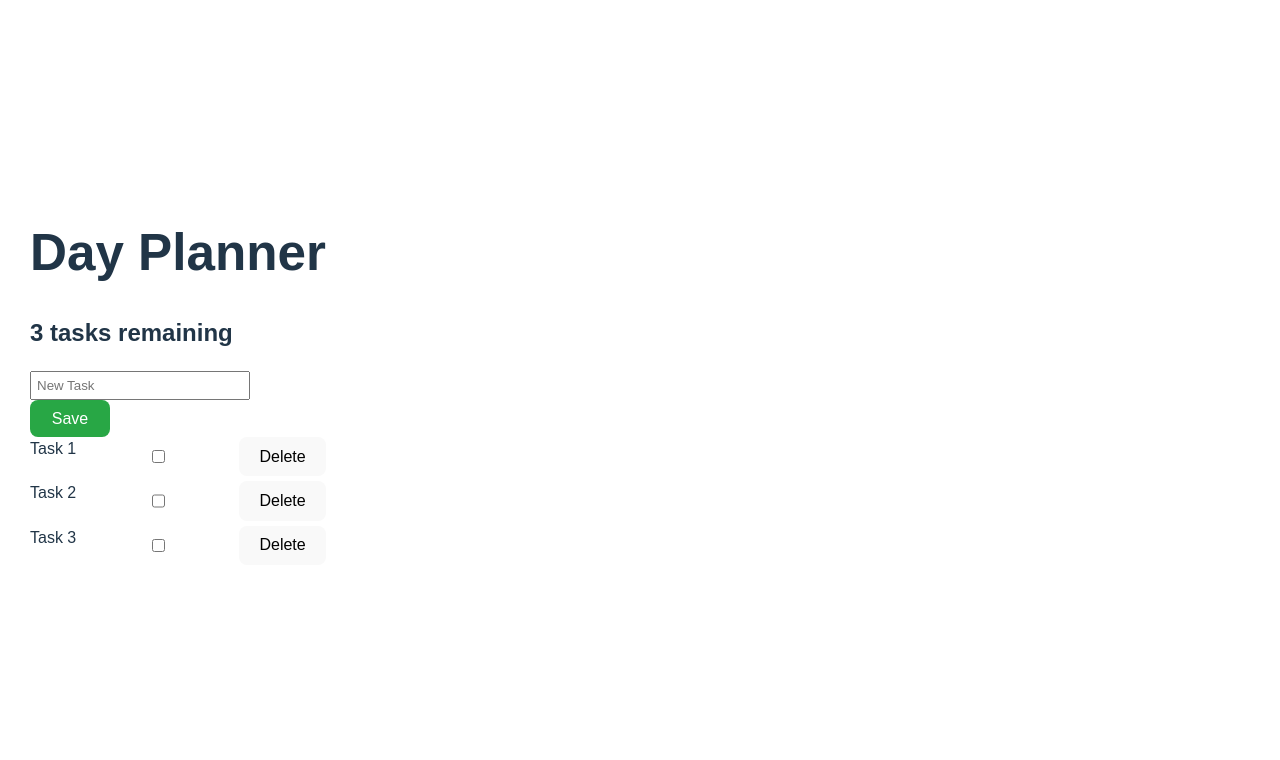
Repository: GavinPahal/lab5
Page: /
These files come from the project's save history. The page is drawn as it stood at one moment and after the next save; the edit follows.
The browser window is 1280 px wide. The pictures show the whole page.
The project was rebuilt for these pictures with package versions that can differ from the ones it lists, and the page was loaded fresh each time. Also part of the build but not shown: vite.config.js.

Above is the page before, as saved 2024-10-11 17:42:52.

After the next save:
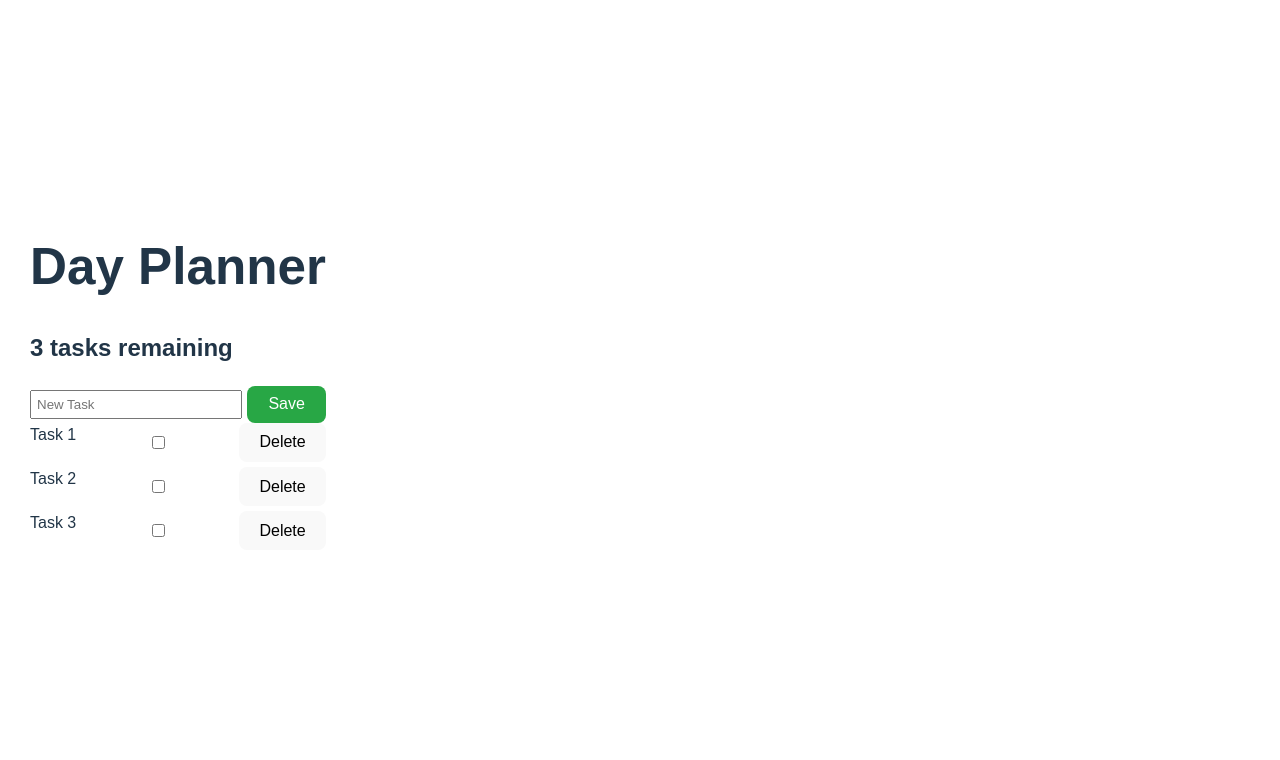
Saved 26 s later.
--- a/components/TaskForm.jsx
+++ b/components/TaskForm.jsx
@@ -13,7 +13,7 @@
   };
 
   return (
-    <form onSubmit={handleSubmit}>
+    <form onSubmit={handleSubmit} style={{ display: 'flex', alignItems: 'center' }}>
       <input
         type="text"
         placeholder="New Task"

After the save that followed:
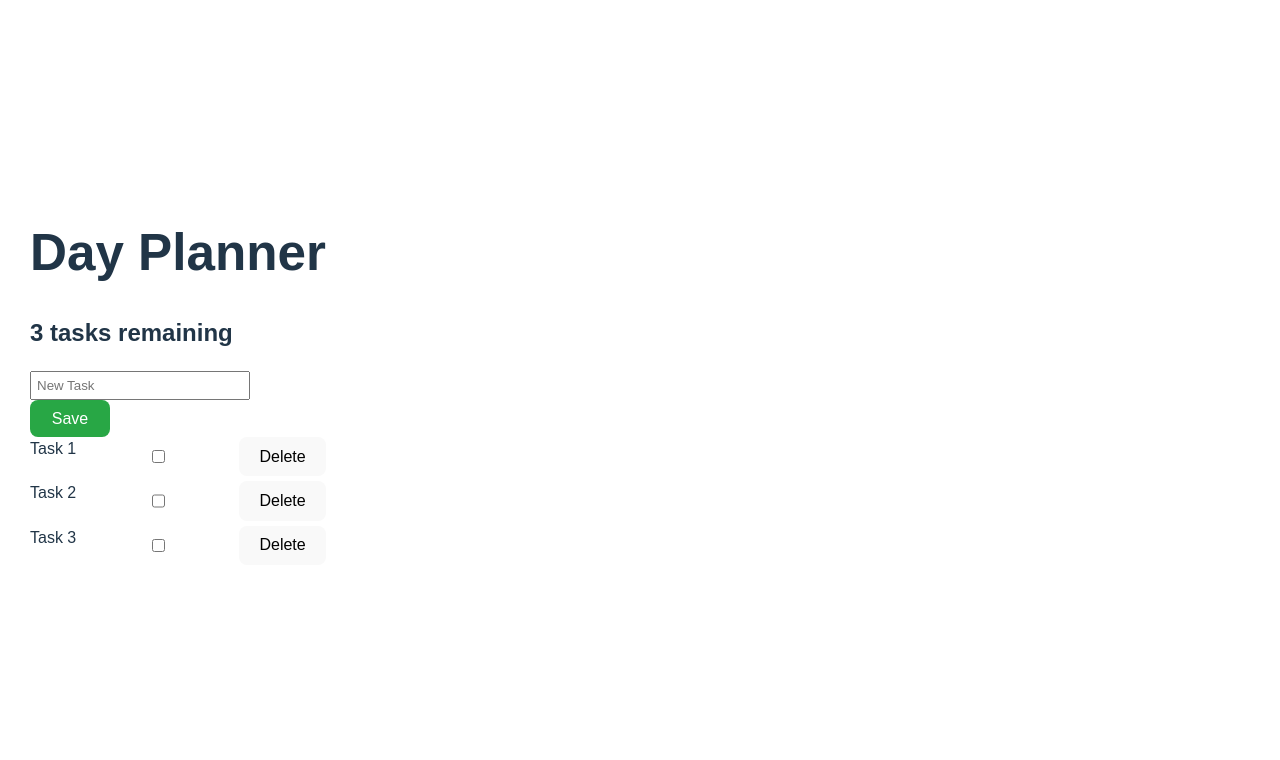
Saved 25 s later.
--- a/components/TaskForm.jsx
+++ b/components/TaskForm.jsx
@@ -13,7 +13,7 @@
   };
 
   return (
-    <form onSubmit={handleSubmit} style={{ display: 'flex', alignItems: 'center' }}>
+    <form onSubmit={handleSubmit}>
       <input
         type="text"
         placeholder="New Task"
